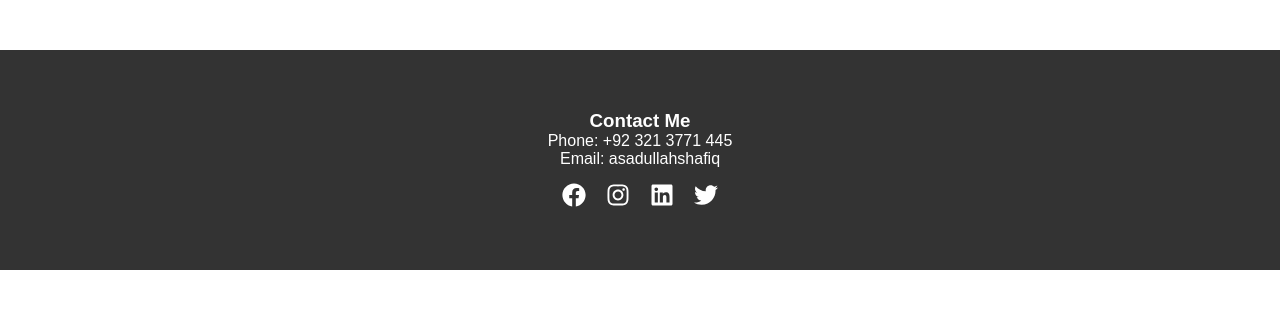
Repository: asadullah48/blog_learning
Page: /footer
The author's editor kept a copy of each file at every save. The page is drawn from the files as they stood at one save, then again after the next save.
The browser window is 1280 px wide. The pictures show the whole page.
The project was rebuilt for these pictures with package versions that can differ from the ones it lists, and the page was loaded fresh each time. The framework's server and built-in components were replaced by stand-ins that run in the browser. Also part of the build but not shown: next.config.ts.

Above is the page before, as saved 2024-12-27 11:35:36.

### src/app/footer/page.tsx
import React from 'react';
import { FaFacebook, FaInstagram, FaLinkedin, FaTwitter } from 'react-icons/fa';

const Footer = () => {
  return (
    <div style={{marginTop:'50px', height: '25vh', backgroundColor: '#333', color: '#fff', display: 'flex', flexDirection: 'column', alignItems: 'center', justifyContent: 'center', padding: '20px'  }}>
      <h3>Contact Me</h3>
      <p>Phone: +92 321 3771 445</p>
      <p>Email: asadullahshafiq</p>

      <div style={{ display: 'flex', gap: '20px', marginTop: '15px' }}>
        <a href="https://www.facebook.com/asadullahshafique" target="_blank" rel="noopener noreferrer" style={{ color: '#fff' }}>
          <FaFacebook size={24} />
        </a>
        <a href="https://www.instagram.com/shafiqueasadullah/" target="_blank" rel="noopener noreferrer" style={{ color: '#fff' }}>
          <FaInstagram size={24} />
        </a>
        <a href="https://www.linkedin.com/in/asadullah-shafique-a00679325/" target="_blank" rel="noopener noreferrer" style={{ color: '#fff' }}>
          <FaLinkedin size={24} />
        </a>
        <a href="#" target="_blank" rel="noopener noreferrer" style={{ color: '#fff' }}>
          <FaTwitter size={24} />
        </a>
      </div>
    </div>
  );
}

export default Footer;

### src/app/globals.css
*{
  /* background-color: black;
  color: white; */
  margin: 0;
  font-family: sans-serif;
}

Loaded but not shown: src/app/layout.tsx (common file)

After the next save:
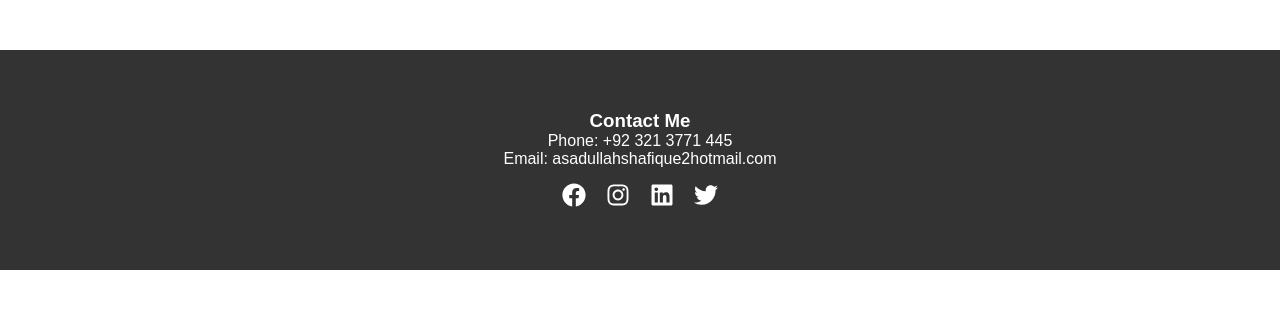
Saved 7 s later.
--- a/src/app/footer/page.tsx
+++ b/src/app/footer/page.tsx
@@ -6,7 +6,7 @@
     <div style={{marginTop:'50px', height: '25vh', backgroundColor: '#333', color: '#fff', display: 'flex', flexDirection: 'column', alignItems: 'center', justifyContent: 'center', padding: '20px'  }}>
       <h3>Contact Me</h3>
       <p>Phone: +92 321 3771 445</p>
-      <p>Email: asadullahshafiq</p>
+      <p>Email: asadullahshafique2hotmail.com</p>
 
       <div style={{ display: 'flex', gap: '20px', marginTop: '15px' }}>
         <a href="https://www.facebook.com/asadullahshafique" target="_blank" rel="noopener noreferrer" style={{ color: '#fff' }}>
